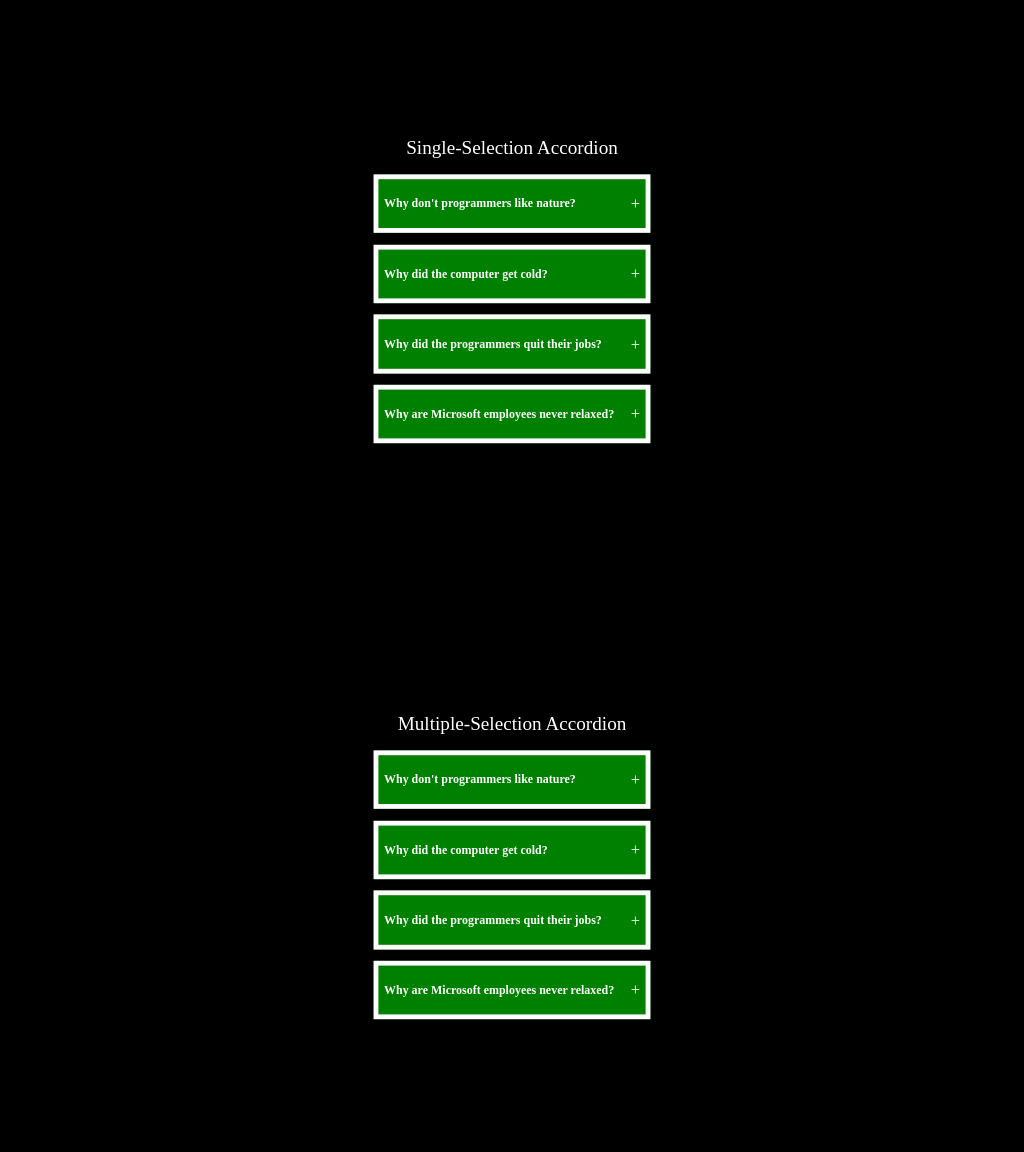
Repository: kosenijr/react-projects
Page: / (app in accordion/)
These files come from the project's save history. The page is drawn as it stood at one moment and after the next save; the edit follows.
The browser window is 1280 px wide. The pictures show the whole page, at 80% of full size.
The project was rebuilt for these pictures with package versions that can differ from the ones it lists, and the page was loaded fresh each time.

Above is the page before, as saved 2024-03-03 12:43:54.

After the next save:
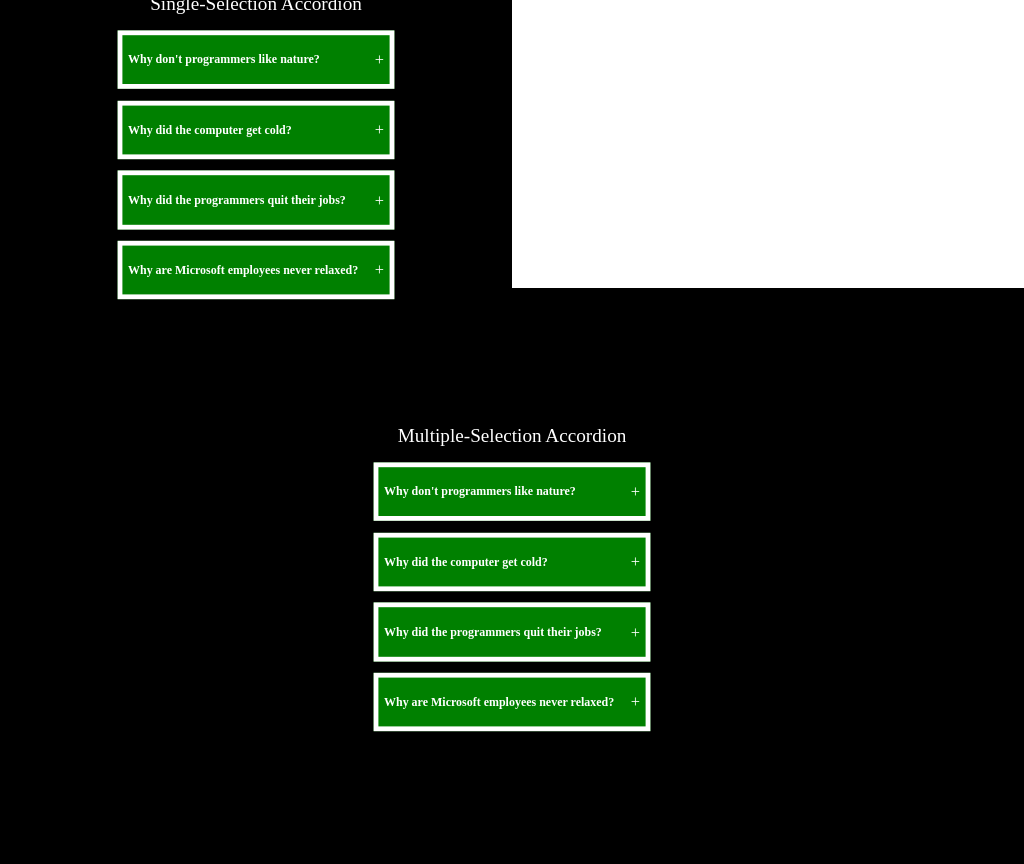
Saved 19 s later.
--- a/accordion/src/styles/SingleSelection.css
+++ b/accordion/src/styles/SingleSelection.css
@@ -2,8 +2,8 @@
   display: flex;
   justify-content: center;
   align-items: center;
-  height: 100vh;
-  width: 100vw;
+  height: 50vh;
+  width: 50vw;
   background-color: black;
   color: white;
 }
